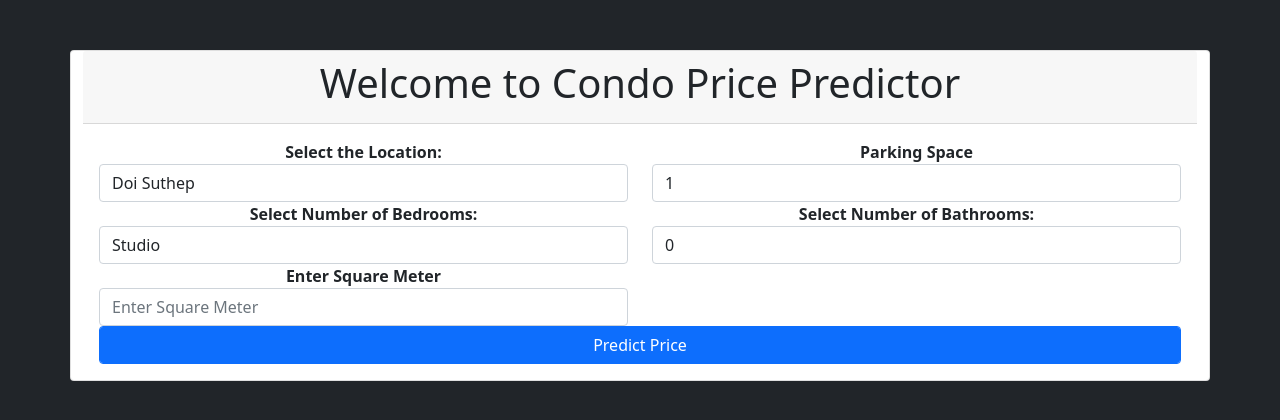
Repository: myothida/condoprice_CNX
Page: http://localhost/
The author's editor kept a copy of each file at every save. The page is drawn from the files as they stood at one save, then again after a run of saves.
The browser window is 1280 px wide. The pictures show the whole page.
The page is served by the project's application, run on Flask 3 (main.py).

Above is the page before, as saved 2023-09-26 22:09:54.

After the next 2 saves:
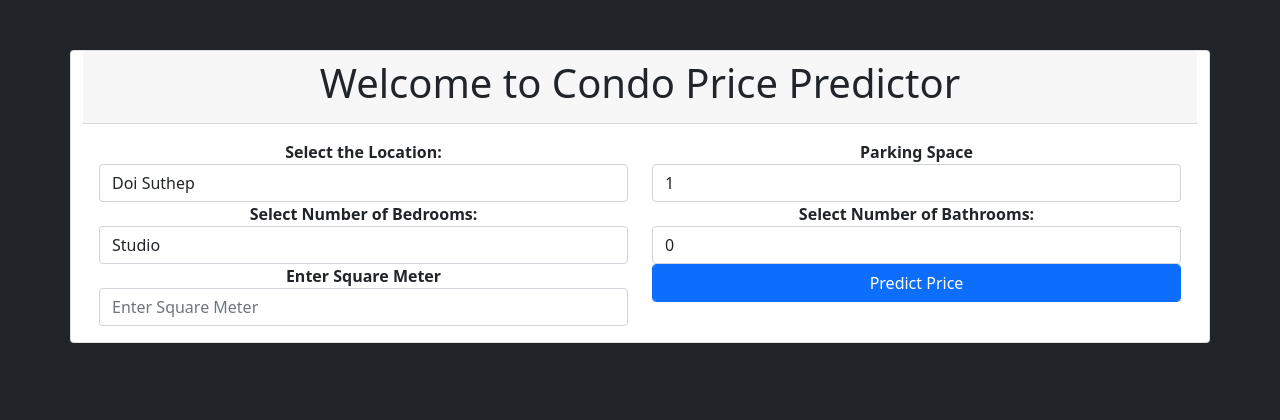
The 2 saves are shown as one change because they came seconds apart.
The last was saved 55 s later.
--- a/templates/index.html
+++ b/templates/index.html
@@ -90,7 +90,7 @@
                     placeholder="Enter Square Meter"
                   />
                 </div>
-                <div class="col-md-12 col-mt-12 form-group">
+                <div class="col-md-6 form-group">
                   <button
                     class="btn btn-primary form-control"
                     onclick="send_data()"

After the save that followed:
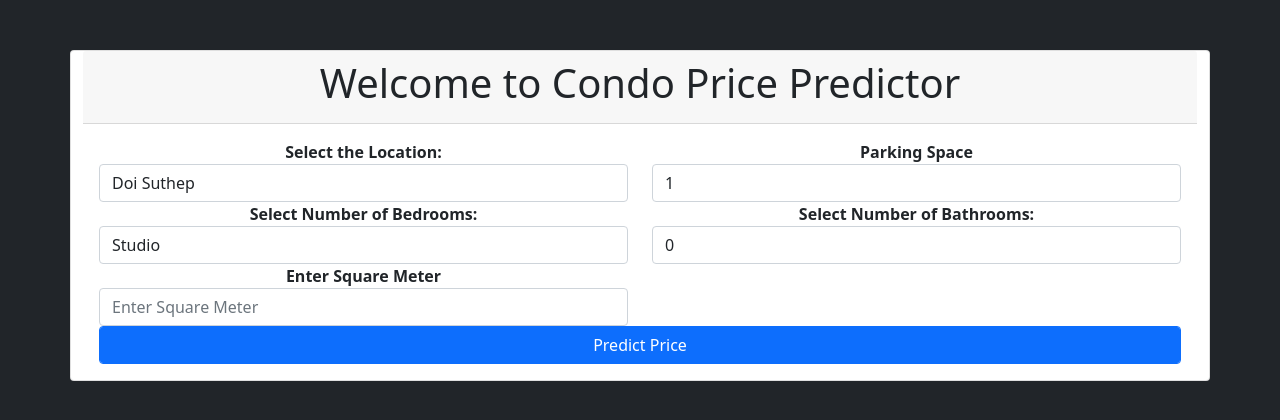
Saved 6 s later.
--- a/templates/index.html
+++ b/templates/index.html
@@ -90,7 +90,7 @@
                     placeholder="Enter Square Meter"
                   />
                 </div>
-                <div class="col-md-6 form-group">
+                <div class="col-md-12 form-group">
                   <button
                     class="btn btn-primary form-control"
                     onclick="send_data()"
